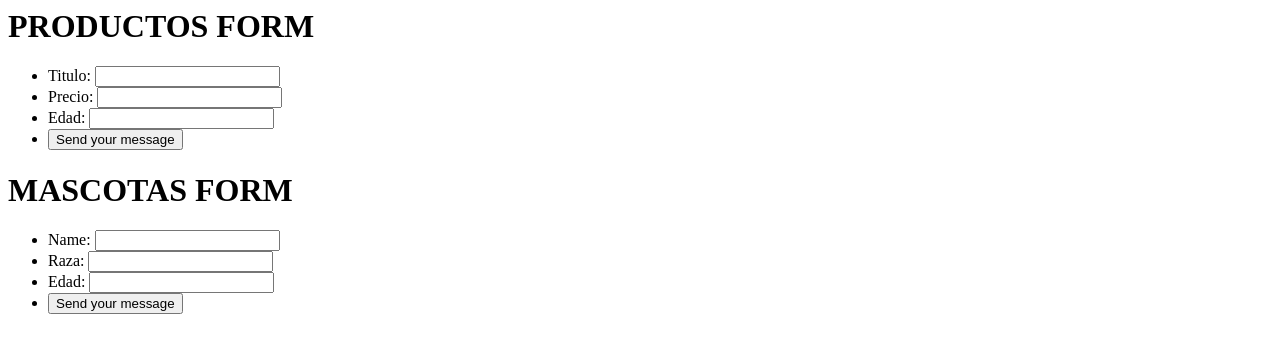
Repository: r-urchi/backend-coderhouse
Page: clase12/public/index.html
An editor plug-in stored every save of this project. The page is shown before and after a run of saves, followed by the edit.
The browser window is 1280 px wide. The pictures show the whole page.

Above is the page before, as saved 2021-08-01 16:50:04.

### clase12/public/index.html
<h1>PRODUCTOS FORM</h1>
<form action="/api/productos/guardar" method="post">
  <ul>
    <li>
      <label for="name">Titulo:</label>
      <input type="text" id="name" name="nombre">
    </li>
    <li>
      <label for="name">Precio:</label>
      <input type="number" id="price" name="price">
    </li>
    <li>
      <label for="name">Edad:</label>
      <input type="text" id="edad" name="edad">
    </li>
    <li class="button">
      <button type="submit">Send your message</button>
    </li>
  </ul>
</form>


<h1>MASCOTAS FORM</h1>
<form action="/api/mascotas/guardar" method="post">
  <ul>
    <li>
      <label for="name">Name:</label>
      <input type="text" id="name" name="nombre">
    </li>
    <li>
      <label for="name">Raza:</label>
      <input type="text" id="apellido" name="raza">
    </li>
    <li>
      <label for="name">Edad:</label>
      <input type="text" id="edad" name="edad">
    </li>
    <li class="button">
      <button type="submit">Send your message</button>
    </li>
  </ul>
</form>

After the next 3 saves:
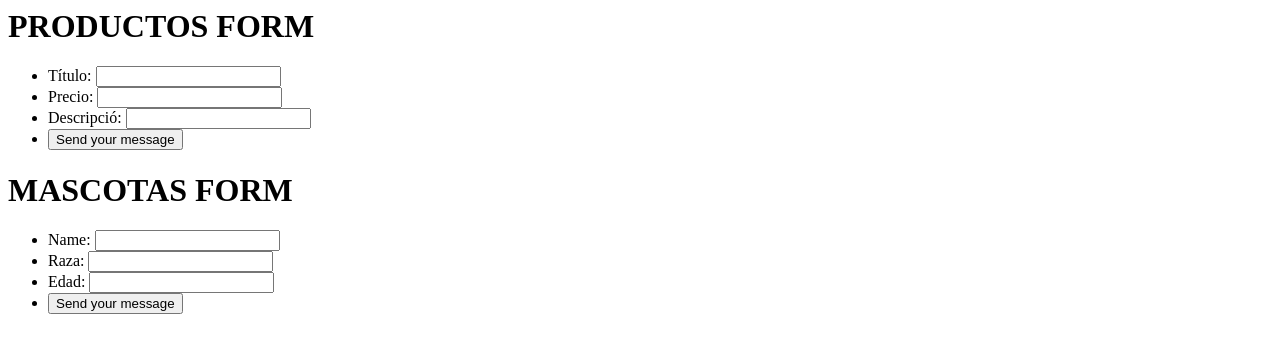
The 3 saves are shown as one change because they came seconds apart.
The last was saved 26 s later.
--- a/clase12/public/index.html
+++ b/clase12/public/index.html
@@ -2,7 +2,7 @@
 <form action="/api/productos/guardar" method="post">
   <ul>
     <li>
-      <label for="name">Titulo:</label>
+      <label for="name">Título:</label>
       <input type="text" id="name" name="nombre">
     </li>
     <li>
@@ -10,7 +10,7 @@
       <input type="number" id="price" name="price">
     </li>
     <li>
-      <label for="name">Edad:</label>
+      <label for="name">Descripció:</label>
       <input type="text" id="edad" name="edad">
     </li>
     <li class="button">
